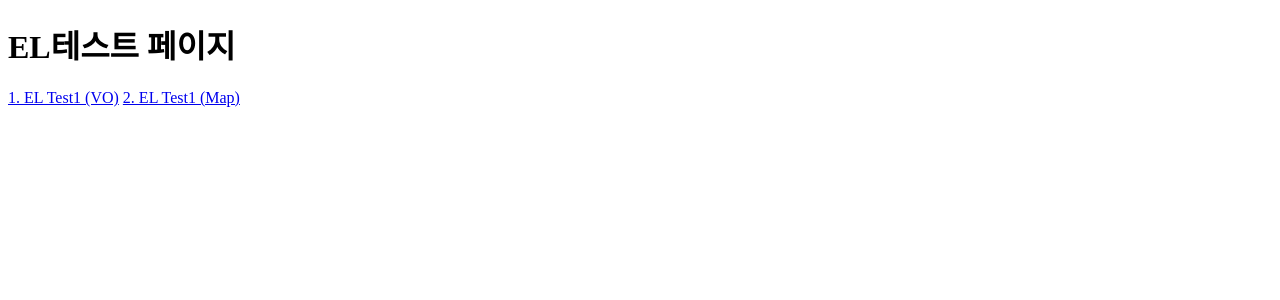
Repository: ajtwls1256/Web-workspace
Page: Day55-jspTag/WebContent/EL/jsp_EL.html
These files come from the project's save history. The page is drawn as it stood at one moment and after the next save; the edit follows.
The browser window is 1280 px wide. The pictures show the whole page.

Above is the page before, as saved 2019-10-14 01:57:37.

After the next save:
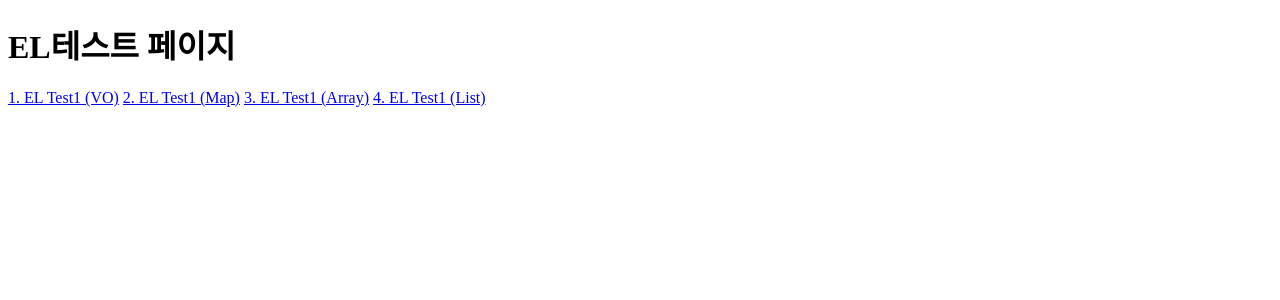
Saved 20 s later.
--- a/Day55-jspTag/WebContent/EL/jsp_EL.html
+++ b/Day55-jspTag/WebContent/EL/jsp_EL.html
@@ -8,5 +8,7 @@
 	<h1>EL테스트 페이지</h1>
 	<a href="/jsp/ELServletTest1">1. EL Test1 (VO)</a>
 	<a href="/jsp/ELServletTest2">2. EL Test1 (Map)</a>
+	<a href="/jsp/ELServletTest3">3. EL Test1 (Array)</a>
+	<a href="/jsp/ELServletTest4">4. EL Test1 (List)</a>
 </body>
 </html>
